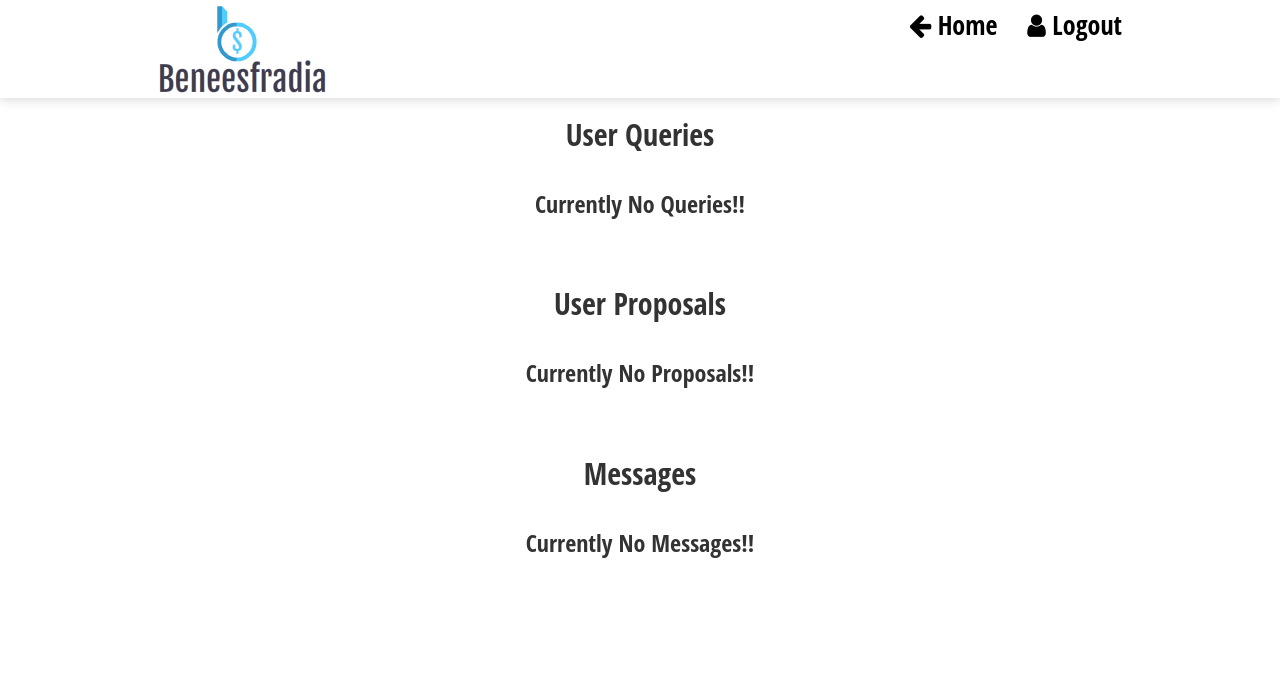
Repository: intkhabahmed/AcceleratedBootcampWebsites
Page: http://localhost/BeneesFradia/UI/profile.jsp
These files come from the project's save history. The page is drawn as it stood at one moment and after the next save; the edit follows.
The browser window is 1280 px wide. The pictures show the whole page.
Some web fonts or font styles are not loaded; a fallback is used. The page is served by Tomcat 9. Nobody is signed in. The application's start-up code is not run. The template is opened directly, without the code that normally fills it, so the values that code supplies are empty.

Above is the page before, as saved 2018-02-12 06:24:25.

After the next save:
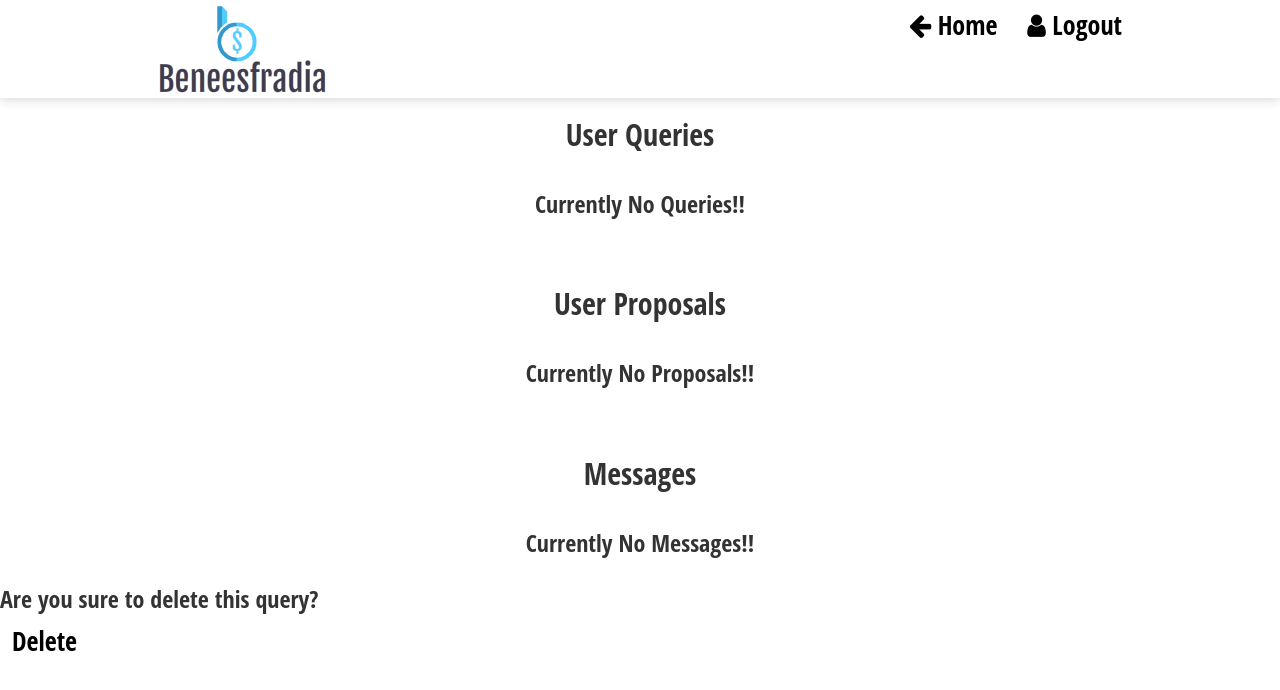
Saved 2 min 25 s later.
--- a/BeneesFradia/WebContent/UI/profile.jsp
+++ b/BeneesFradia/WebContent/UI/profile.jsp
@@ -123,7 +123,8 @@
 	</div>
 </div>
 <div id="confirmWindow">
-
+	<h3>Are you sure to delete this query?</h3>
+	<a href="deleteQuery.html" class="btn btn-default">Delete</a>
 </div>
 <c:if test="${successMessage ne null}">
 <%-- 	<div class="alert alert-success" role="alert">"${successMessage}"</div> --%>
